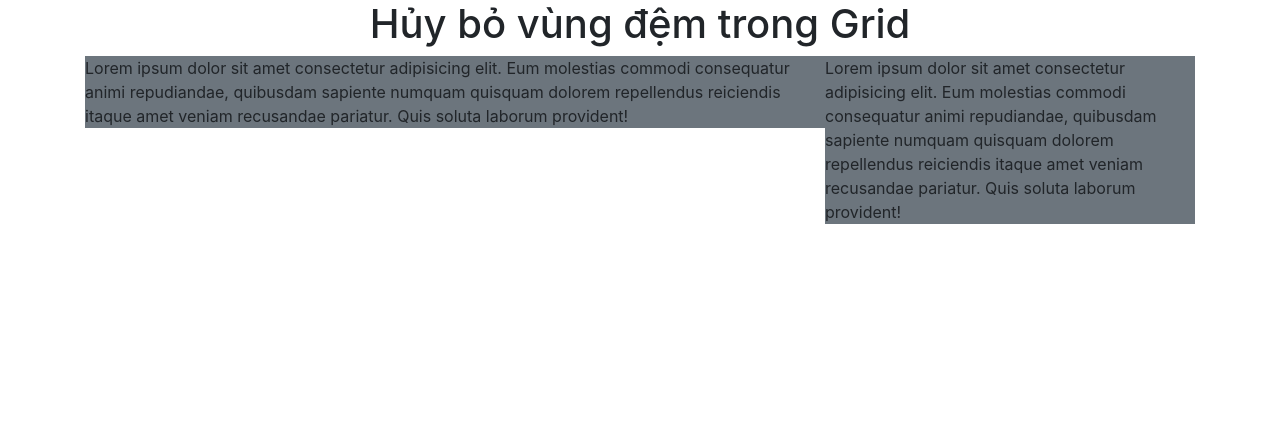
Repository: anhtu2110/front_end
Page: lesson/bootstrap/grid-layout/2.8-no-gutters.html
These files come from the project's save history. The page is drawn as it stood at one moment and after the next save; the edit follows.
The browser window is 1280 px wide. The pictures show the whole page.

Above is the page before, as saved 2022-12-01 18:10:34.

### lesson/bootstrap/grid-layout/2.8-no-gutters.html
<!DOCTYPE html>
<html lang="en">
  <head>
    <meta charset="UTF-8" />
    <meta http-equiv="X-UA-Compatible" content="IE=edge" />
    <meta name="viewport" content="width=device-width, initial-scale=1.0" />
    <link rel="stylesheet" href="./bootstrap/css/bootstrap.css" />
    <title>Hủy bỏ vùng đệm trong Grid</title>
  </head>
  <body>
    <!--Trong trường hợp muốn giữa các cột trong giao diện không còn vùng đệm. Bạn sử dụng class .no-gutters vào .row-->
    <div class="container">
      <div class="row">
        <div class="col-md-12">
          <h1 class="text-center">Hủy bỏ vùng đệm trong Grid</h1>
        </div>
      </div>
      <div class="row no-gutters">
        <div class="col-md-8">
          <div class="bg-secondary">
            <p>
              Lorem ipsum dolor sit amet consectetur adipisicing elit. Eum
              molestias commodi consequatur animi repudiandae, quibusdam
              sapiente numquam quisquam dolorem repellendus reiciendis itaque
              amet veniam recusandae pariatur. Quis soluta laborum provident!
            </p>
          </div>
        </div>
        <div class="col-md-4">
          <div class="bg-secondary">
            <p>
              Lorem ipsum dolor sit amet consectetur adipisicing elit. Eum
              molestias commodi consequatur animi repudiandae, quibusdam
              sapiente numquam quisquam dolorem repellendus reiciendis itaque
              amet veniam recusandae pariatur. Quis soluta laborum provident!
            </p>
          </div>
        </div>
      </div>
    </div>
    <script src="js/jquery-3.6.1.min.js"></script>
    <script src="js/popper.min.js"></script>
    <script src="./bootstrap/js/bootstrap.min.js"></script>
  </body>
</html>

Loaded but not shown: lesson/bootstrap/grid-layout/bootstrap/css/bootstrap.css (library); lesson/bootstrap/grid-layout/js/jquery-3.6.1.min.js (library); lesson/bootstrap/grid-layout/js/popper.min.js (library); lesson/bootstrap/grid-layout/bootstrap/js/bootstrap.min.js (library)

After the next save:
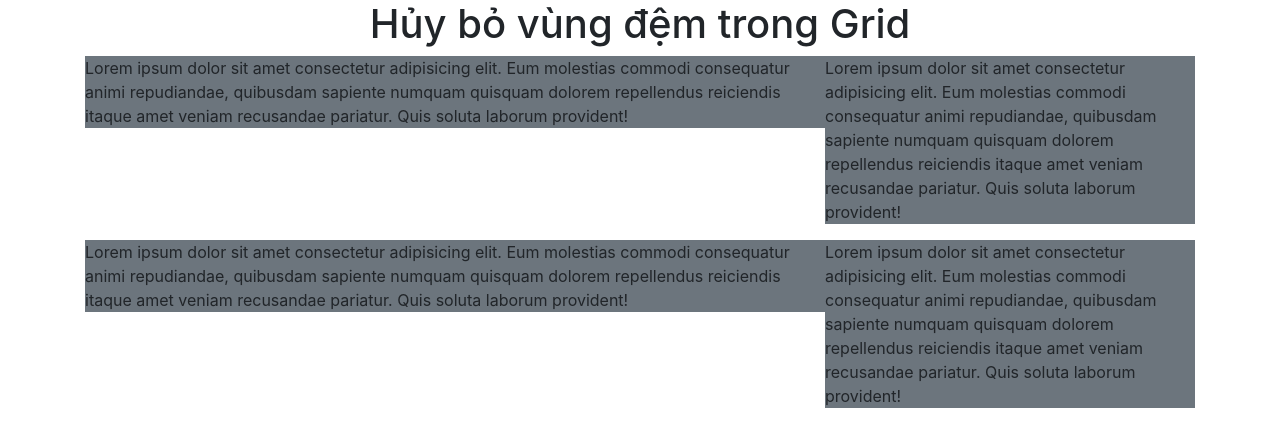
Saved 45 s later.
--- a/lesson/bootstrap/grid-layout/2.8-no-gutters.html
+++ b/lesson/bootstrap/grid-layout/2.8-no-gutters.html
@@ -36,6 +36,27 @@
             </p>
           </div>
         </div>
+        <div class="row no-gutters">
+            <div class="col-md-8">
+              <div class="bg-secondary">
+                <p>
+                  Lorem ipsum dolor sit amet consectetur adipisicing elit. Eum
+                  molestias commodi consequatur animi repudiandae, quibusdam
+                  sapiente numquam quisquam dolorem repellendus reiciendis itaque
+                  amet veniam recusandae pariatur. Quis soluta laborum provident!
+                </p>
+              </div>
+            </div>
+            <div class="col-md-4">
+              <div class="bg-secondary">
+                <p>
+                  Lorem ipsum dolor sit amet consectetur adipisicing elit. Eum
+                  molestias commodi consequatur animi repudiandae, quibusdam
+                  sapiente numquam quisquam dolorem repellendus reiciendis itaque
+                  amet veniam recusandae pariatur. Quis soluta laborum provident!
+                </p>
+              </div>
+            </div>
       </div>
     </div>
     <script src="js/jquery-3.6.1.min.js"></script>
